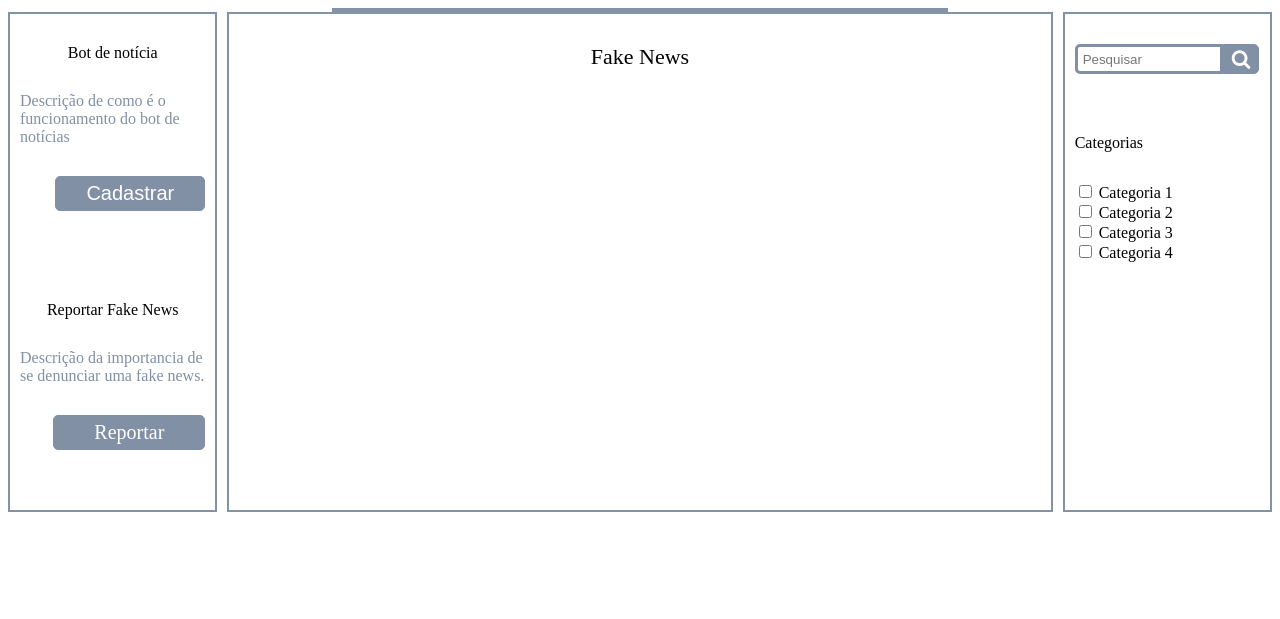
Repository: ICEI-PUC-Minas-PPLES-TI/plf-es-2021-1-ti1-7946100-04-fake-news-2
Page: Codigo/src/reportar/list_fn.html
These files come from the project's save history. The page is drawn as it stood at one moment and after the next save; the edit follows.
The browser window is 1280 px wide. The pictures show the whole page.
Some web libraries are served in a nearby version.

Above is the page before, as saved 2021-07-03 15:23:39.

After the next save:
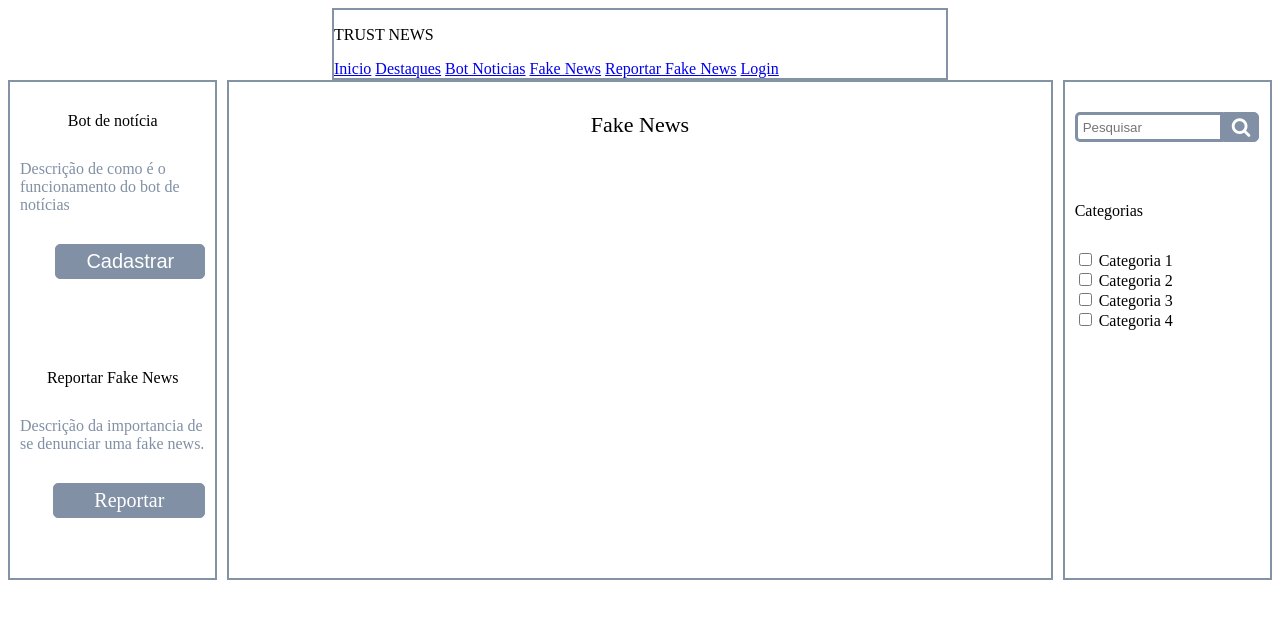
Console error: TypeError: Cannot set properties of null (setting 'innerHTML')
Saved 7 s later.
--- a/Codigo/src/reportar/list_fn.html
+++ b/Codigo/src/reportar/list_fn.html
@@ -5,7 +5,7 @@
     <script src="backend.js"></script>
     <script src="../util/util.js"></script>
 </head>
-<body onload="javascript:Listar_fn_usr()" onload="javascript:getHeaderAndFooter()">
+<body onload="javascript:getHeaderAndFooter()">
     <header id="header" class="container" ></header>
     <div style="display: flex;">
         <div class="left_div container">

After the save that followed:
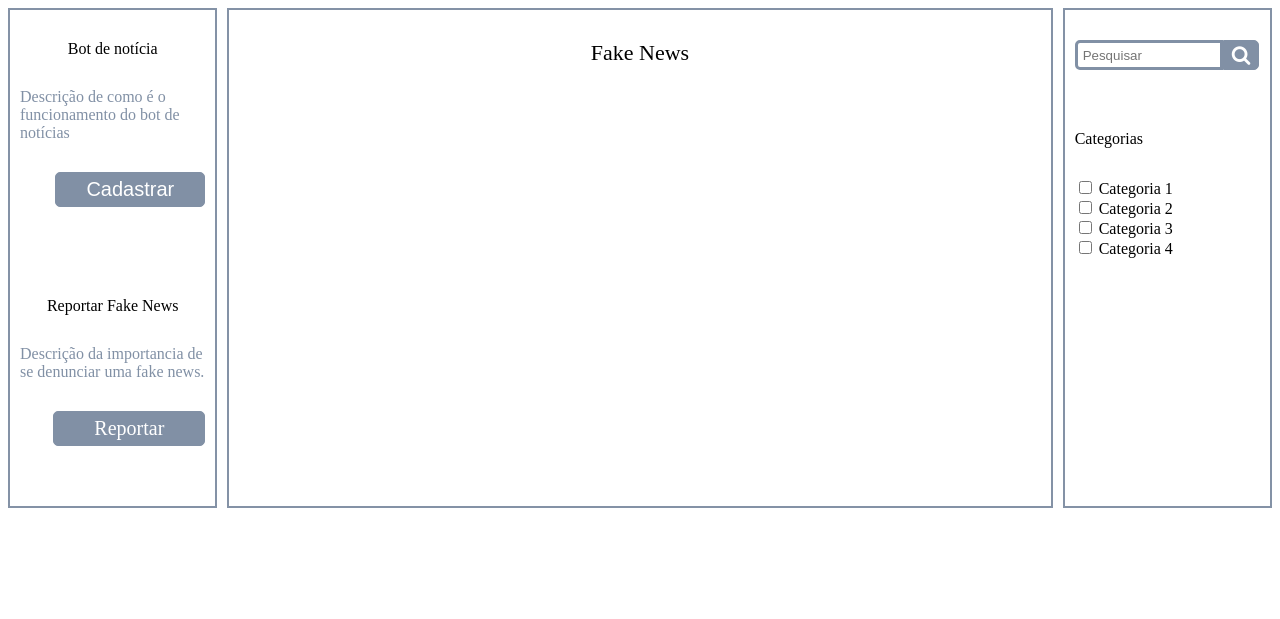
The error is gone.
Saved 26 s later.
--- a/Codigo/src/reportar/list_fn.html
+++ b/Codigo/src/reportar/list_fn.html
@@ -3,10 +3,9 @@
     <link href="https://maxcdn.bootstrapcdn.com/font-awesome/4.1.0/css/font-awesome.min.css" rel="stylesheet">
     <script src="https://ajax.googleapis.com/ajax/libs/jquery/2.1.3/jquery.min.js" type="text/javascript"></script>
     <script src="backend.js"></script>
-    <script src="../util/util.js"></script>
 </head>
-<body onload="javascript:getHeaderAndFooter()">
-    <header id="header" class="container" ></header>
+<body onload="javascript:Listar_fn_usr()">
+
     <div style="display: flex;">
         <div class="left_div container">
             <div class="inner_left">
